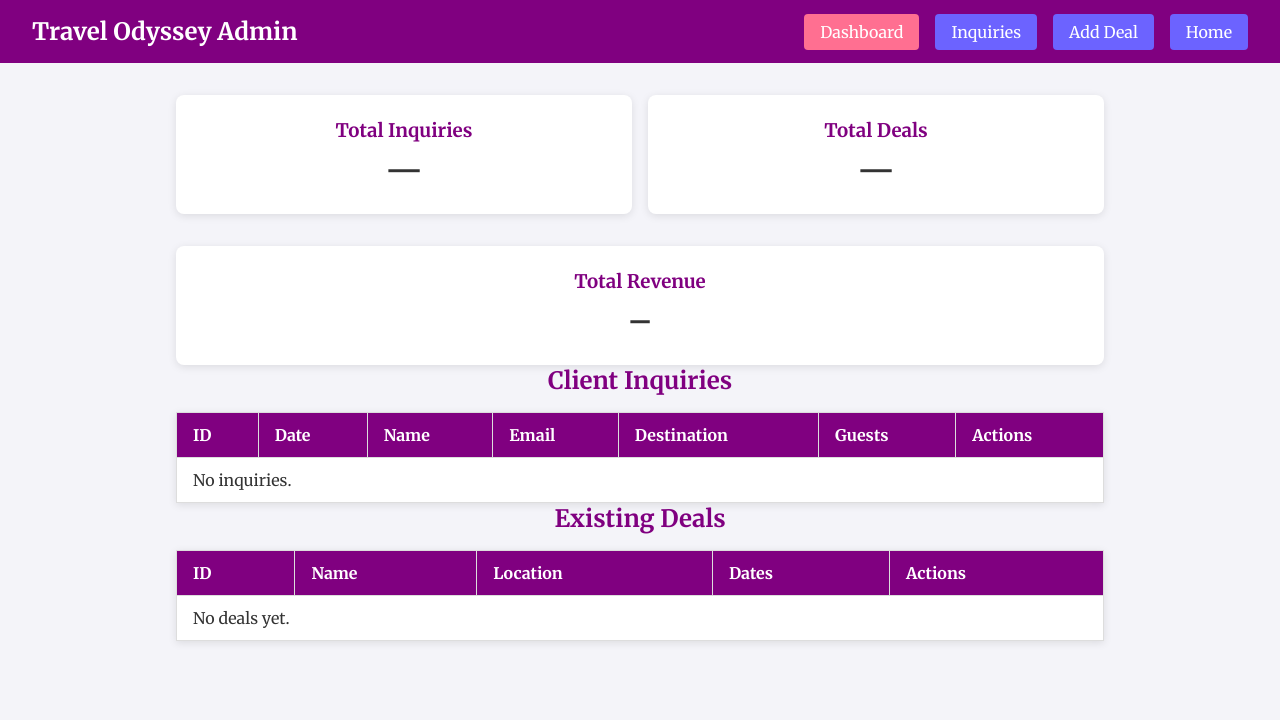
Repository: GHzPhoenix/Project-Odyssey
Page: Frontend/admin.html
These files come from the project's save history. The page is drawn as it stood at one moment and after the next save; the edit follows.
The browser window is 1280 px wide. The pictures show the whole page.
The page's requests for data from a server got no answer.

Above is the page before, as saved 2025-06-11 14:36:42.

### Frontend/admin.html
<!DOCTYPE html>
<html lang="en">
  <head>
    <meta charset="UTF-8" />
    <meta name="viewport" content="width=device-width,initial-scale=1.0" />
    <title>Admin Dashboard – Travel Odyssey</title>
    <link rel="stylesheet" href="/Frontend/css/admin.css" />
    <style>
      .kpi-container {
        display: flex;
        gap: 1rem;
        margin: 2rem 0;
        justify-content: center;
      }
      .kpi-card {
        flex: 1;
        background: white;
        padding: 1.5rem;
        border-radius: 8px;
        box-shadow: 0 2px 8px rgba(0, 0, 0, 0.1);
        text-align: center;
      }
      .kpi-card h3 {
        margin-bottom: 0.5rem;
        color: purple;
      }
      .kpi-card p {
        font-size: 2rem;
        font-weight: bold;
      }
    </style>
  </head>
  <body>
    <header>
      <nav>
        <div class="logo">Travel Odyssey Admin</div>
        <ul>
          <li><a href="admin.html" class="active">Dashboard</a></li>
          <li><a href="inquiries.html">Inquiries</a></li>
          <li><a href="add-deal.html">Add Deal</a></li>
          <li><a href="index.html">Home</a></li>
        </ul>
      </nav>
    </header>

    <main>
      <div class="kpi-container">
        <div class="kpi-card">
          <h3>Total Inquiries</h3>
          <p id="kpi-inquiries">–</p>
        </div>
        <div class="kpi-card">
          <h3>Total Deals</h3>
          <p id="kpi-deals">–</p>
        </div>
      </div>
      <div class="kpi-card">
        <h3>Total Revenue</h3>
        <p id="kpi-revenue">–</p>
      </div>

      <h2 class="section">Client Inquiries</h2>
      <table id="inquiries-table">
        <thead>
          <tr>
            <th>ID</th>
            <th>Date</th>
            <th>Name</th>
            <th>Email</th>
            <th>Destination</th>
            <th>Guests</th>
            <th>Actions</th>
          </tr>
        </thead>
        <tbody>
          <tr>
            <td colspan="7">Loading…</td>
          </tr>
        </tbody>
      </table>

      <h2 class="section">Existing Deals</h2>
      <table id="deals-table">
        <thead>
          <tr>
            <th>ID</th>
            <th>Name</th>
            <th>Location</th>
            <th>Dates</th>
            <th>Actions</th>
          </tr>
        </thead>
        <tbody>
          <tr>
            <td colspan="5">Loading…</td>
          </tr>
        </tbody>
      </table>
    </main>

    <div id="deal-modal" class="modal-overlay">
      <div class="modal">
        <h2>Edit Deal</h2>
        <form id="modal-form">
          <div class="input-group">
            <label>Name</label>
            <input type="text" name="name" required />
          </div>
          <div class="input-group">
            <label>Location</label>
            <input type="text" name="location" required />
          </div>
          <div class="input-group">
            <label>Activities</label>
            <input type="text" name="activities" required />
          </div>
          <div class="input-group">
            <label>Start Date</label>
            <input type="date" name="start_date" required />
          </div>
          <div class="input-group">
            <label>End Date</label>
            <input type="date" name="end_date" required />
          </div>
          <div class="modal-actions">
            <button type="button" id="modal-cancel">Cancel</button>
            <button type="submit" id="modal-save">Save</button>
          </div>
        </form>
      </div>
    </div>

    <script>
      const token = localStorage.getItem("token") || "";
      let inquiries = [],
        deals = [];

      async function fetchJSON(url, opts = {}) {
        opts.headers = {
          ...(opts.headers || {}),
          "Content-Type": "application/json",
          Authorization: "Bearer " + token,
        };
        const res = await fetch(url, opts);
        if (!res.ok) throw await res.json();
        return res.json();
      }

      async function loadDashboard() {
        try {
          inquiries = await fetchJSON("http://127.0.0.1:5001/api/inquiries");
          document.getElementById("kpi-inquiries").textContent =
            inquiries.length;
        } catch {
          document.getElementById("kpi-inquiries").textContent = "—";
        }
        try {
          deals = await fetchJSON("http://127.0.0.1:5001/api/deals");
          document.getElementById("kpi-deals").textContent = deals.length;
        } catch {
          document.getElementById("kpi-deals").textContent = "—";
        }

        // Inquiries table
        const inTbody = document.querySelector("#inquiries-table tbody");
        if (!inquiries.length) {
          inTbody.innerHTML = "<tr><td colspan='7'>No inquiries.</td></tr>";
        } else {
          inTbody.innerHTML = inquiries
            .map((i) => {
              const date = new Date(i.created_at).toLocaleDateString();
              return `
              <tr>
                <td>${i.id}</td>
                <td>${date}</td>
                <td>${i.name}</td>
                <td>${i.email}</td>
                <td>${i.destination}</td>
                <td>${i.guests}</td>
                <td>
                  <button class="action create-from-inquiry"
                    data-loc="${encodeURIComponent(i.destination)}"
                    data-acts="${encodeURIComponent(i.preferences || "")}">
                    Create Deal
                  </button>
                </td>
              </tr>`;
            })
            .join("");
          inTbody.querySelectorAll(".create-from-inquiry").forEach((btn) => {
            btn.onclick = () => {
              const loc = decodeURIComponent(btn.dataset.loc),
                acts = decodeURIComponent(btn.dataset.acts);
              const qs = new URLSearchParams({
                location: loc,
                activities: acts,
              });
              window.location.href = `add-deal.html?${qs}`;
            };
          });
        }

        const dTbody = document.querySelector("#deals-table tbody");
        if (!deals.length) {
          dTbody.innerHTML = "<tr><td colspan='5'>No deals yet.</td></tr>";
        } else {
          dTbody.innerHTML = deals
            .map((d) => {
              const from = new Date(d.start_date).toLocaleDateString(),
                to = new Date(d.end_date).toLocaleDateString();
              return `
              <tr data-id="${d.id}">
                <td>${d.id}</td>
                <td>${d.name}</td>
                <td>${d.location}</td>
                <td>${from} – ${to}</td>
                <td>
                  <button class="action edit-deal">Edit</button>
                  <button class="action delete-deal">Delete</button>
                </td>
              </tr>`;
            })
            .join("");
        }
      }

      document.addEventListener("DOMContentLoaded", () => {
        const overlay = document.getElementById("deal-modal");
        const form = document.getElementById("modal-form");
        const cancel = document.getElementById("modal-cancel");
        let editingId = null;

        document
          .getElementById("deals-table")
          .addEventListener("click", async (e) => {
            const tr = e.target.closest("tr");
            if (!tr) return;
            const id = tr.dataset.id;

            if (e.target.matches(".edit-deal")) {
              editingId = id;
              const deal = deals.find((d) => d.id == id);
              form.name.value = deal.name;
              form.location.value = deal.location;
              form.activities.value = deal.activities;
              form.start_date.value = deal.start_date;
              form.end_date.value = deal.end_date;
              overlay.classList.add("active");
            }

            if (
              e.target.matches(".delete-deal") &&
              confirm("Delete this deal?")
            ) {
              try {
                await fetchJSON(`http://127.0.0.1:5001/api/deals/${id}`, {
                  method: "DELETE",
                });
                await loadDashboard();
                alert("Deal deleted.");
              } catch (err) {
                alert(err.error || "Delete failed");
              }
            }
          });

        cancel.onclick = () => overlay.classList.remove("active");
        window.addEventListener("keydown", (e) => {
          if (e.key === "Escape") overlay.classList.remove("active");
        });

        form.onsubmit = async (ev) => {
          ev.preventDefault();
          const body = {
            name: form.name.value.trim(),
            location: form.location.value.trim(),
            activities: form.activities.value.trim(),
            start_date: form.start_date.value,
            end_date: form.end_date.value,
          };
          try {
            await fetchJSON(`http://127.0.0.1:5001/api/deals/${editingId}`, {
              method: "PUT",
              body: JSON.stringify(body),
            });
            overlay.classList.remove("active");
            await loadDashboard();
            alert("Deal updated.");
          } catch (err) {
            alert(err.error || "Update failed");
          }
        };

        loadDashboard();
      });
    </script>
  </body>
</html>

### Frontend/css/admin.css
@import url("https://fonts.googleapis.com/css2?family=Merriweather:wght@300;400;700&display=swap");

* {
  box-sizing: border-box;
  margin: 0;
  padding: 0;
}

body {
  font-family: "Merriweather", serif;
  background: #f4f4f9;
  color: #333;
}
.action {
  background: #6c63ff;
  color: white;
  border: none;
  padding: 0.4rem 0.8rem;
  border-radius: 4px;
  cursor: pointer;
  font-size: 0.9rem;
  transition: background 0.2s ease;
}
.action:hover {
  background: #5950d4;
}
.modal-overlay {
  display: none;
  position: fixed;
  inset: 0;
  background: rgba(0, 0, 0, 0.6);
  align-items: center;
  justify-content: center;
  z-index: 1000;
}
.modal-overlay.active {
  display: flex;
}
.modal {
  background: #fff;
  padding: 2rem;
  border-radius: 8px;
  width: 90%;
  max-width: 400px;
  box-shadow: 0 2rem 4rem rgba(0, 0, 0, 0.2);
}
.modal h2 {
  margin-bottom: 1rem;
  color: purple;
}
.modal .input-group {
  margin-bottom: 1rem;
}
.modal label {
  display: block;
  margin-bottom: 0.4rem;
  font-weight: 600;
}
.modal input[type="text"],
.modal input[type="date"] {
  width: 100%;
  padding: 0.5rem;
  border: 1px solid #ccc;
  border-radius: 4px;
}

.modal-actions {
  text-align: right;
  margin-top: 1rem;
}
.modal-actions button {
  background: #6c63ff;
  color: #fff;
  border: none;
  padding: 0.5rem 1rem;
  border-radius: 4px;
  cursor: pointer;
  margin-left: 0.5rem;
  transition: background 0.2s;
}
.modal-actions button#modal-cancel {
  background: #ccc;
  color: #333;
}
.modal-actions button:hover {
  background: #5950d4;
}

header nav {
  background: purple;
  padding: 1rem 2rem;
  display: flex;
  align-items: center;
  justify-content: space-between;
}

header nav .logo {
  color: white;
  font-size: 1.5rem;
  font-weight: bold;
}

header nav ul {
  list-style: none;
  display: flex;
  gap: 1rem;
}

header nav a {
  color: white;
  text-decoration: none;
  padding: 0.5rem 1rem;
  background: #6c63ff;
  border-radius: 4px;
  transition: background 0.2s;
}

header nav a.active,
header nav a:hover {
  background: #ff6f91;
}

main {
  max-width: 960px;
  margin: 2rem auto;
  padding: 0 1rem;
}

h1,
h2 {
  color: purple;
  margin-bottom: 1rem;
  text-align: center;
}

form {
  background: white;
  padding: 2rem;
  border-radius: 8px;
  box-shadow: 0 4px 12px rgba(0, 0, 0, 0.1);
}

form .input-group {
  margin-bottom: 1.25rem;
}

form label {
  display: block;
  margin-bottom: 0.4rem;
  font-weight: 600;
}

form input[type="text"],
form input[type="date"],
form textarea {
  width: 100%;
  padding: 0.6rem;
  border: 1px solid #ccc;
  border-radius: 4px;
  font-size: 1rem;
}

form textarea {
  resize: vertical;
  min-height: 80px;
}

.file-input-label {
  display: inline-block;
  padding: 0.5rem 1rem;
  background: #007bff;
  color: white;
  border-radius: 4px;
  cursor: pointer;
  font-size: 0.9rem;
}

#file-chosen {
  margin-left: 0.5rem;
  font-size: 0.9rem;
  vertical-align: middle;
  color: #555;
}

input[type="file"] {
  display: none;
}

button[type="submit"] {
  background: #0b6623;
  color: white;
  padding: 0.7rem 1.4rem;
  border: none;
  border-radius: 4px;
  font-size: 1rem;
  cursor: pointer;
}

button[type="submit"]:hover {
  background: #095a1a;
}

#deal-message,
#inquiry-message {
  margin-top: 0.75rem;
  font-size: 0.9rem;
}

#deal-message.error,
#inquiry-message.error {
  color: #b00020;
}

#deal-message.success,
#inquiry-message.success {
  color: #0b6623;
}

table {
  width: 100%;
  border-collapse: collapse;
  background: white;
  margin-top: 1rem;
  box-shadow: 0 2px 8px rgba(0, 0, 0, 0.1);
}

th,
td {
  padding: 0.75rem 1rem;
  border: 1px solid #ddd;
  text-align: left;
}

th {
  background: purple;
  color: white;
  font-weight: 600;
}

tr:nth-child(even) td {
  background: #f9f9ff;
}

.inquiry-actions button {
  background: #6c63ff;
  color: white;
  border: none;
  padding: 0.4rem 0.8rem;
  border-radius: 4px;
  cursor: pointer;
  font-size: 0.9rem;
  margin-right: 0.5rem;
}

.inquiry-actions button:hover {
  background: #5950d4;
}

.deal-card {
  background: white;
  border-radius: 8px;
  box-shadow: 0 2px 8px rgba(0, 0, 0, 0.1);
  overflow: hidden;
  margin: 1rem 0;
  display: flex;
}

.deal-card img {
  width: 120px;
  object-fit: cover;
}

.deal-card-body {
  padding: 1rem;
  flex: 1;
}

.deal-card-body h3 {
  margin-bottom: 0.5rem;
}

.deal-card-body p {
  margin-bottom: 0.5rem;
}

.deal-card-body .card-button {
  background: #6c63ff;
  color: white;
  padding: 0.4rem 0.8rem;
  border-radius: 4px;
  text-decoration: none;
}

.deal-card-body .card-button:hover {
  background: #5950d4;
}

.button-link {
  display: inline-block;
  margin-top: 1.5rem;
  color: #6c63ff;
  text-decoration: underline;
}

After the next save:
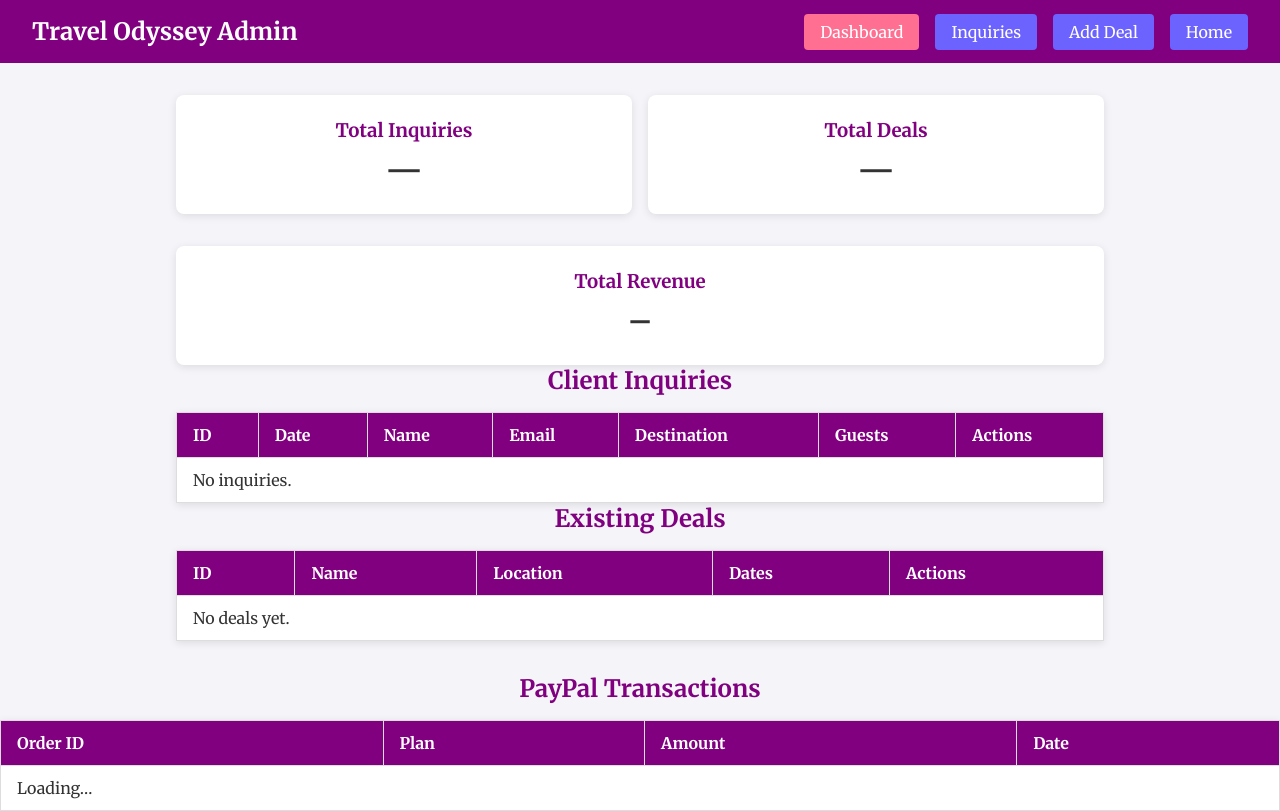
Saved 40 s later.
--- a/Frontend/admin.html
+++ b/Frontend/admin.html
@@ -128,6 +128,24 @@
           </div>
         </form>
       </div>
+    </div>
+    <div class="transactions-section">
+      <h2 class="section">PayPal Transactions</h2>
+      <table id="transactions-table">
+        <thead>
+          <tr>
+            <th>Order ID</th>
+            <th>Plan</th>
+            <th>Amount</th>
+            <th>Date</th>
+          </tr>
+        </thead>
+        <tbody>
+          <tr>
+            <td colspan="4">Loading…</td>
+          </tr>
+        </tbody>
+      </table>
     </div>
 
     <script>
